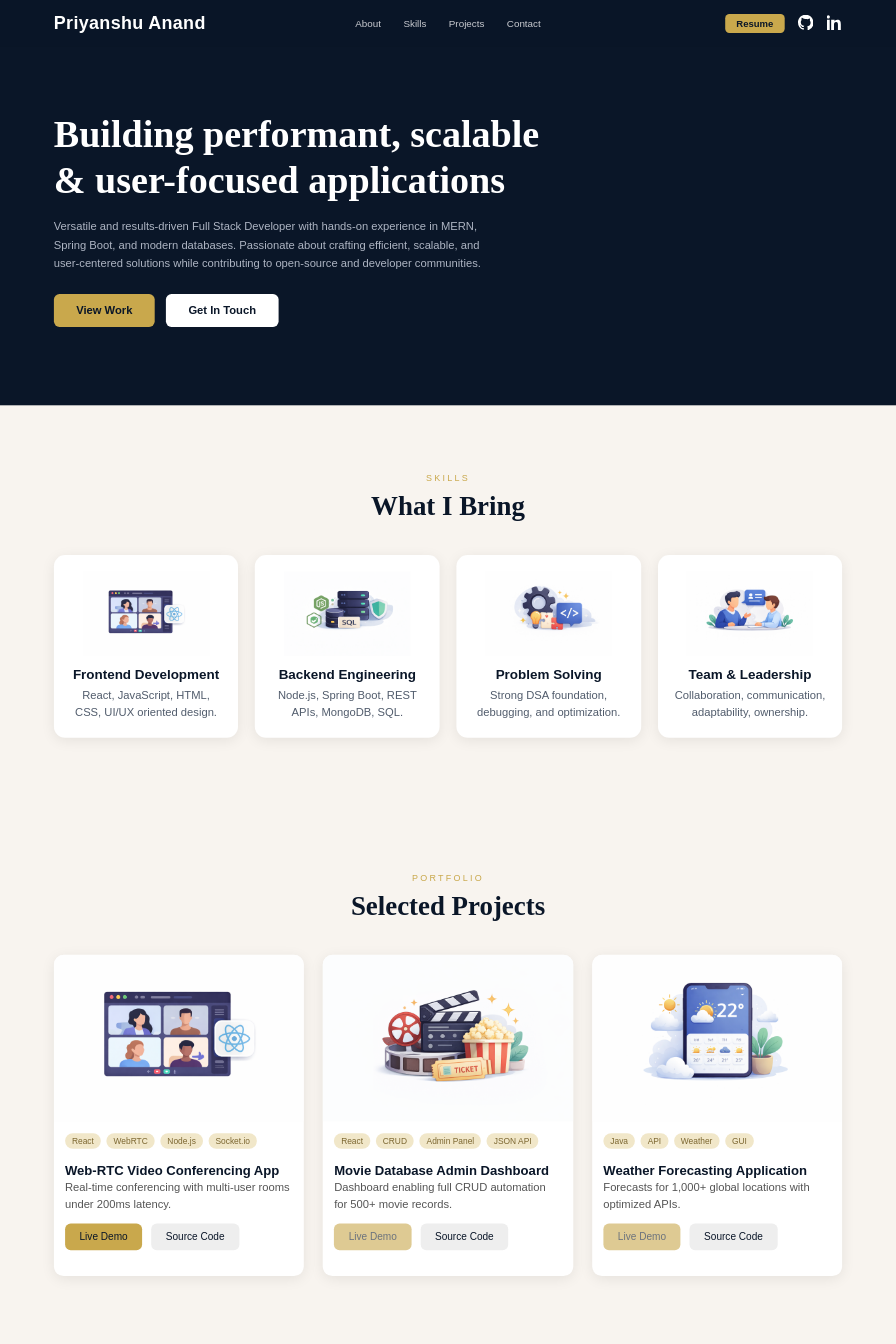
Repository: priyanshuanand12022/My-Portfolio
Page: /
The author's editor kept a copy of each file at every save. The page is drawn from the files as they stood at one save, then again after the next save.
The browser window is 1280 px wide. The pictures show the part of the page from y = 0 to 1920 px (the page is 2746 px tall), at 70% of full size.
The project was rebuilt for these pictures with package versions that can differ from the ones it lists, and the page was loaded fresh each time. Also part of the build but not shown: vite.config.js.

Above is the page before, as saved 2026-02-25 23:22:15.

### index.html
<!doctype html>
<html lang="en">
  <head>
    <meta charset="UTF-8" />
    <link rel="icon" href="/favicon.png" type="image/png" sizes="32x32" />
    <link rel="apple-touch-icon" href="/favicon.png" />
    <meta name="viewport" content="width=device-width, initial-scale=1.0" />
    <title>Portfolio</title>
  </head>
  <body>
    <div id="root"></div>
    <script type="module" src="/src/main.jsx"></script>
  </body>
</html>

### src/main.jsx
import React from "react";
import ReactDOM from "react-dom/client";
import Portfolio from "./Portfolio.jsx";

ReactDOM.createRoot(document.getElementById("root")).render(
  <React.StrictMode>
    <Portfolio />
  </React.StrictMode>
);

### src/Portfolio.jsx
import { useState } from "react";
import "./Portfolio.css";
import emailjs from "emailjs-com";

// Images
import webrtcImg from "./assets/webrtc.png";
import movieImg from "./assets/movie.png";
import weatherImg from "./assets/weather.png";
import backendImg from "./assets/backend.png";
import problemImg from "./assets/problem.png";
import teamImg from "./assets/team.png";

export default function Portfolio() {
  const [submitted, setSubmitted] = useState(false);
  const [formData, setFormData] = useState({
    name: "",
    email: "",
    subject: "",
    message: "",
  });

  const handleSubmit = (e) => {
    e.preventDefault();

    emailjs
      .send(
        "service_lk6jd4n",
        "template_el7uc7k",
        {
          name: formData.name,
          email: formData.email,
          subject: formData.subject,
          message: formData.message,
        },
        "nVCyFrHKLSf0xcnOJ"
      )
      .then(() => {
        setSubmitted(true);
      })
      .catch((err) => {
        console.log("Email send error:", err);
        alert("Something went wrong!");
      });
  };

  const handleChange = (e) =>
    setFormData((prev) => ({ ...prev, [e.target.name]: e.target.value }));

  return (
    <div className="portfolio">

      {/* ================= NAVBAR ================= */}
      <nav className="nav">
  {/* Left */}
  <div className="nav-logo">Priyanshu Anand</div>

  {/* Center */}
  <ul className="nav-center">
    <li><a href="#about">About</a></li>
    <li><a href="#skills">Skills</a></li>
    <li><a href="#projects">Projects</a></li>
    <li><a href="#contact">Contact</a></li>
  </ul>

  {/* Right */}
  <div className="nav-right">

    {/* Resume Button */}
    <a
      href="/resume.pdf"
      download
      className="resume-btn"
    >
      Resume
    </a>

    <a href="https://github.com/priyanshuanand12022" target="_blank">
      <img className="icon" src="/github.svg" alt="GitHub" />
    </a>

    <a href="https://www.linkedin.com/in/priyanshu-anand-213315353" target="_blank">
      <img className="icon" src="/linkedin.svg" alt="LinkedIn" />
    </a>
  </div>
</nav>

      {/* ================= HERO ================= */}
      <section id="about" className="hero">
        <h1>Building performant, scalable & user-focused applications</h1>

        <p className="hero-desc">
          Versatile and results-driven Full Stack Developer with hands-on
          experience in MERN, Spring Boot, and modern databases. Passionate
          about crafting efficient, scalable, and user-centered solutions
          while contributing to open-source and developer communities.
        </p>

        <div className="hero-buttons">
          <a href="#projects" className="btn-primary">View Work</a>
          <a href="#contact" className="btn-secondary">Get In Touch</a>
        </div>
      </section>

      {/* ================= SKILLS ================= */}
      <section id="skills" className="skills">
        <div className="section-tag">SKILLS</div>
        <h2 className="section-title">What I Bring</h2>

        <div className="skills-grid">

          <div className="skill-card">
            <img src={webrtcImg} alt="Frontend" className="skill-img" />
            <h3>Frontend Development</h3>
            <p>React, JavaScript, HTML, CSS, UI/UX oriented design.</p>
          </div>

          <div className="skill-card">
            <img src={backendImg} alt="Backend" className="skill-img" />
            <h3>Backend Engineering</h3>
            <p>Node.js, Spring Boot, REST APIs, MongoDB, SQL.</p>
          </div>

          <div className="skill-card">
            <img src={problemImg} alt="Problem Solving" className="skill-img" />
            <h3>Problem Solving</h3>
            <p>Strong DSA foundation, debugging, and optimization.</p>
          </div>

          <div className="skill-card">
            <img src={teamImg} alt="Team" className="skill-img" />
            <h3>Team & Leadership</h3>
            <p>Collaboration, communication, adaptability, ownership.</p>
          </div>

        </div>
      </section>

      {/* ================= PROJECTS ================= */}
      <section id="projects" className="projects">
        <div className="section-tag">PORTFOLIO</div>
        <h2 className="section-title">Selected Projects</h2>

        <div className="projects-grid">

          {/* WEBRTC */}
          <div className="project-card">
            <img src={webrtcImg} className="project-img" alt="WebRTC" />
            <div className="project-tags">
              <span>React</span>
              <span>WebRTC</span>
              <span>Node.js</span>
              <span>Socket.io</span>
            </div>
            <h3>Web-RTC Video Conferencing App</h3>
            <p>Real-time conferencing with multi-user rooms under 200ms latency.</p>

            <div className="project-buttons">
              <a href="https://webrtc-conference-app2.netlify.app" className="btn-live">Live Demo</a>
              <a href="https://github.com/priyanshuanand12022/webrtc-full-app.git" className="btn-code">Source Code</a>
            </div>
          </div>

          {/* MOVIE DASHBOARD */}
          <div className="project-card">
            <img src={movieImg} className="project-img" alt="Movie Dashboard" />
            <div className="project-tags">
              <span>React</span>
              <span>CRUD</span>
              <span>Admin Panel</span>
              <span>JSON API</span>
            </div>
            <h3>Movie Database Admin Dashboard</h3>
            <p>Dashboard enabling full CRUD automation for 500+ movie records.</p>

            <div className="project-buttons">
              <a className="btn-live disabled">Live Demo</a>
              <a href="https://github.com/priyanshuanand12022/DBMS-Movie-Ticket-Booking-System.git" className="btn-code">Source Code</a>
            </div>
          </div>

          {/* WEATHER APP */}
          <div className="project-card">
            <img src={weatherImg} className="project-img" alt="Weather App" />
            <div className="project-tags">
              <span>Java</span>
              <span>API</span>
              <span>Weather</span>
              <span>GUI</span>
            </div>
            <h3>Weather Forecasting Application</h3>
            <p>Forecasts for 1,000+ global locations with optimized APIs.</p>

            <div className="project-buttons">
              <a className="btn-live disabled">Live Demo</a>
              <a href="https://github.com/priyanshuanand12022/JAVA-WEATHER-APPLICATION-PROJECT.git" className="btn-code">Source Code</a>
            </div>
          </div>

        </div>
      </section>

      {/* ================= CONTACT ================= */}
      <section id="contact" className="contact">
        <div className="section-tag light">CONTACT</div>
        <h2 className="section-title light">Let's Connect</h2>

        <p className="contact-desc">
          Have a project or collaboration in mind? Feel free to reach out.
        </p>

        {submitted ? (
          <div className="thankyou">
            Thank you! I’ll get back to you soon.
          </div>
        ) : (
          <form className="contact-form" onSubmit={handleSubmit}>
            <input name="name" placeholder="Your Name" required onChange={handleChange} />
            <input name="email" type="email" placeholder="Email" required onChange={handleChange} />
            <input name="subject" placeholder="Subject" onChange={handleChange} />
            <textarea name="message" placeholder="Message" required onChange={handleChange} />
            <button className="btn-primary submit-btn">Send Message</button>
          </form>
        )}
      </section>

      {/* ================= FOOTER ================= */}
      <footer className="footer">
        © 2026 <span>Priyanshu Anand</span> — All Rights Reserved.
      </footer>

    </div>
  );
}

### src/Portfolio.css
/* GLOBAL */
* {
  margin: 0;
  padding: 0;
  box-sizing: border-box;
}

body {
  font-family: "DM Sans", sans-serif;
  background: #f8f4ef;
  color: #0a1628;
}

.portfolio {
  width: 100%;
  overflow-x: hidden;
}

/* ================= NAV ================= */
.nav {
  display: flex;
  justify-content: space-between;
  align-items: center;
  padding: 1.1rem 6%;
  position: fixed;
  top: 0;
  width: 100%;
  background: rgba(10, 22, 40, 0.95);
  backdrop-filter: blur(10px);
  z-index: 2000;
}

.nav-logo {
  color: white;
  font-weight: 700;
  font-size: 1.6rem;
  letter-spacing: 0.5px;
}

.nav {
  display: flex;
  justify-content: space-between;   /* keeps left, center, right separated */
  align-items: center;
  padding: 1.2rem 6%;
  position: fixed;
  top: 0;
  width: 100%;
  background: rgba(10, 22, 40, 0.92);
  backdrop-filter: blur(10px);
  z-index: 200;
}

/* Center nav links */
.nav-center {
  position: absolute;
  left: 50%;
  transform: translateX(-50%);   /* centers exactly */
  display: flex;
  gap: 2rem;
  list-style: none;
}

.nav-center a {
  color: #c9cbd1;
  text-decoration: none;
  font-size: 0.88rem;
}

.resume-btn {
  background: #c9a84c;
  color: #0a1628;
  padding: 6px 16px;
  border-radius: 6px;
  text-decoration: none;
  font-size: 0.85rem;
  font-weight: 600;
  transition: 0.2s ease;
}

.resume-btn:hover {
  background: #e8c97a;
}

.nav-center a:hover {
  color: #e8c97a;
}

/* Right social icons */
.nav-right {
  display: flex;
  gap: 1.2rem;
  align-items: center;
}

.nav-logo span {
  color: #c9a84c;
}

/* Nav links */
.nav-links {
  display: flex;
  gap: 2rem;
  list-style: none;
}

.nav-links a {
  color: #c9cbd1;
  text-decoration: none;
  font-size: 0.88rem;
  transition: 0.2s ease;
}

.nav-links a:hover {
  color: #e8c97a;
}

/* Social Icons Right Side */
.nav-social {
  display: flex;
  align-items: center;
  gap: 1rem;
}

.nav-social .icon {
  width: 22px;
  height: 22px;
  filter: brightness(0) invert(1); /* white icons */
  opacity: 0.85;
  transition: 0.2s;
}

.nav-social .icon:hover {
  opacity: 1;
  transform: scale(1.15);
}

/* ================= HERO ================= */
.hero {
  background: #0a1628;
  color: white;
  padding: 10rem 6% 7rem;
}

.hero h1 {
  font-family: "Playfair Display", serif;
  font-size: 3.4rem;
  max-width: 750px;
  line-height: 1.2;
}

.hero-desc {
  margin-top: 1.3rem;
  color: #aeb5c3;
  max-width: 620px;
  line-height: 1.6;
}

.hero-buttons {
  margin-top: 2rem;
  display: flex;
  gap: 1rem;
}

.btn-primary {
  background: #c9a84c;
  color: #0a1628;
  padding: 0.9rem 2rem;
  border-radius: 8px;
  text-decoration: none;
  font-weight: 600;
}

.btn-secondary {
  background: white;
  color: #0a1628;
  padding: 0.9rem 2rem;
  border-radius: 8px;
  text-decoration: none;
  font-weight: 600;
}

/* ================= SECTION HEADERS ================= */
.section-tag {
  text-align: center;
  letter-spacing: 0.25em;
  color: #c9a84c;
  font-size: 0.8rem;
}

.section-title {
  text-align: center;
  font-family: "Playfair Display", serif;
  font-size: 2.4rem;
  margin: 0.7rem 0 3rem;
}

/* ================= SKILLS ================= */
.skills {
  padding: 6rem 6%;
}

.skills-grid {
  display: grid;
  grid-template-columns: repeat(auto-fit, minmax(260px, 1fr));
  gap: 1.5rem;
}

.skill-card {
  background: white;
  padding: 1.5rem;
  border-radius: 16px;
  text-align: center;
  min-height: 260px;
  box-shadow: 0 4px 20px rgba(0, 0, 0, 0.08);
}

.skill-img {
  width: 180px;
  margin: 0 auto 1rem;
  display: block;
}

.skill-card h3 {
  font-size: 1.2rem;
  margin-bottom: 0.4rem;
}

.skill-card p {
  color: #515c6c;
  line-height: 1.5;
}

/* ================= PROJECTS ================= */
.projects {
  padding: 6rem 6%;
}

.projects-grid {
  display: grid;
  grid-template-columns: repeat(auto-fit, minmax(290px, 1fr));
  gap: 1.7rem;
}

.project-card {
  background: white;
  border-radius: 14px;
  padding-bottom: 1.3rem;
  box-shadow: 0 4px 20px rgba(0, 0, 0, 0.08);
}

.project-img {
  width: 100%;
  border-radius: 14px 14px 0 0;
}

.project-tags {
  display: flex;
  gap: 8px;
  flex-wrap: wrap;
  padding: 0.8rem 1rem;
}

.project-tags span {
  background: #f1e7c9;
  color: #7b6630;
  padding: 4px 10px;
  border-radius: 20px;
  font-size: 0.75rem;
}

.project-card h3 {
  padding: 0 1rem;
  margin-top: 0.5rem;
}

.project-card p {
  padding: 0 1rem;
  color: #555;
  line-height: 1.5;
}

.project-buttons {
  padding: 1rem;
  display: flex;
  gap: 0.8rem;
}

.btn-live {
  background: #c9a84c;
  color: #0a1628;
  padding: 0.7rem 1.3rem;
  border-radius: 8px;
  font-size: 0.9rem;
  text-decoration: none;
}

.btn-code {
  background: #eee;
  color: #0a1628;
  padding: 0.7rem 1.3rem;
  border-radius: 8px;
  font-size: 0.9rem;
  text-decoration: none;
}

.disabled {
  opacity: 0.6;
  pointer-events: none;
}

/* ================= CONTACT ================= */
.contact {
  background: #0a1628;
  color: white;
  padding: 6rem 6%;
  margin-top: 4rem;
  text-align: center;
}

.section-title.light {
  color: white;
}

.contact-desc {
  margin-top: 1rem;
  color: #b7c0cf;
  font-size: 1.05rem;
}

.contact-form {
  margin-top: 2.5rem;
  max-width: 450px;
  margin-left: auto;
  margin-right: auto;
  display: flex;
  flex-direction: column;
  gap: 1rem;
}

.contact-form input,
.contact-form textarea {
  padding: 0.9rem 1rem;
  background: #102039;
  border-radius: 8px;
  border: 1px solid #21324d;
  color: white;
}

.submit-btn {
  margin-top: 0.5rem;
  align-self: center;
}

/* ================= FOOTER ================= */
.footer {
  text-align: center;
  padding: 1.8rem 0;
  background: #0a1628;
  color: #c2cad6;
}

.footer span {
  color: #e6c878;
}

After the next save:
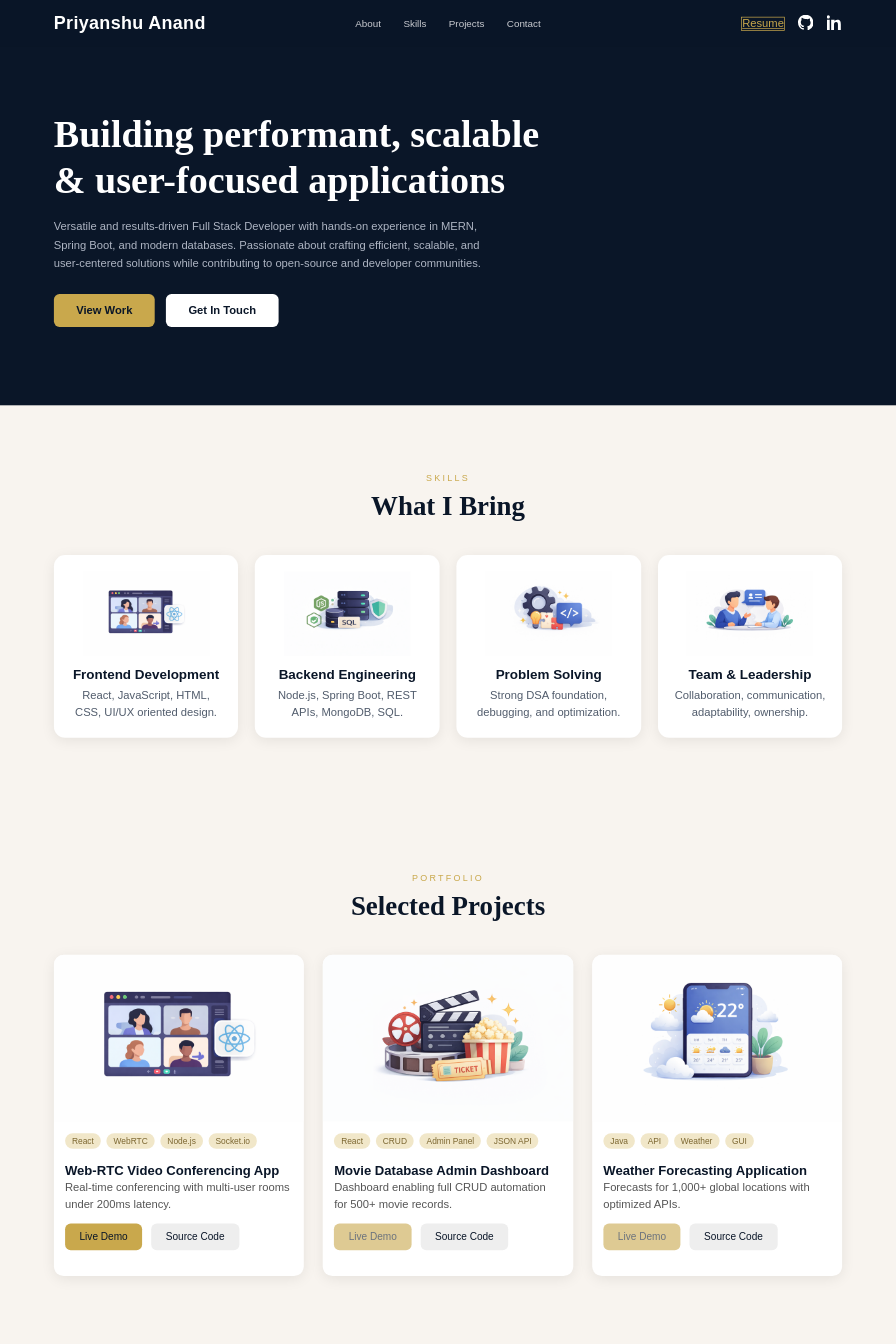
Saved 63 s later.
--- a/src/Portfolio.css
+++ b/src/Portfolio.css
@@ -67,18 +67,14 @@
 }
 
 .resume-btn {
+  border: 1px solid #c9a84c;
+  background: transparent;
+  color: #c9a84c;
+}
+
+.resume-btn:hover {
   background: #c9a84c;
   color: #0a1628;
-  padding: 6px 16px;
-  border-radius: 6px;
-  text-decoration: none;
-  font-size: 0.85rem;
-  font-weight: 600;
-  transition: 0.2s ease;
-}
-
-.resume-btn:hover {
-  background: #e8c97a;
 }
 
 .nav-center a:hover {

After the save that followed:
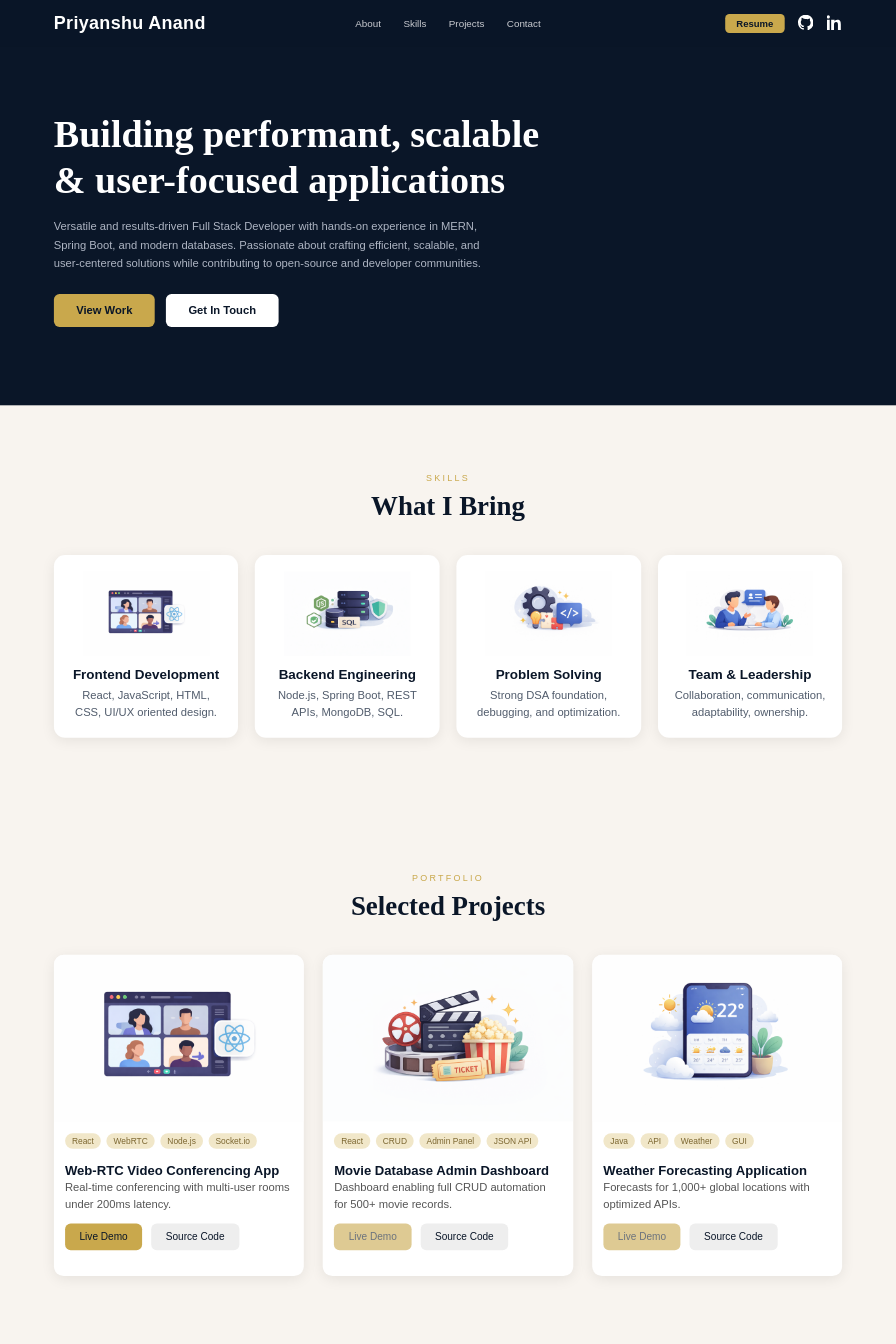
Saved 6 s later.
--- a/src/Portfolio.css
+++ b/src/Portfolio.css
@@ -67,14 +67,18 @@
 }
 
 .resume-btn {
-  border: 1px solid #c9a84c;
-  background: transparent;
-  color: #c9a84c;
+  background: #c9a84c;
+  color: #0a1628;
+  padding: 6px 16px;
+  border-radius: 6px;
+  text-decoration: none;
+  font-size: 0.85rem;
+  font-weight: 600;
+  transition: 0.2s ease;
 }
 
 .resume-btn:hover {
-  background: #c9a84c;
-  color: #0a1628;
+  background: #e8c97a;
 }
 
 .nav-center a:hover {
